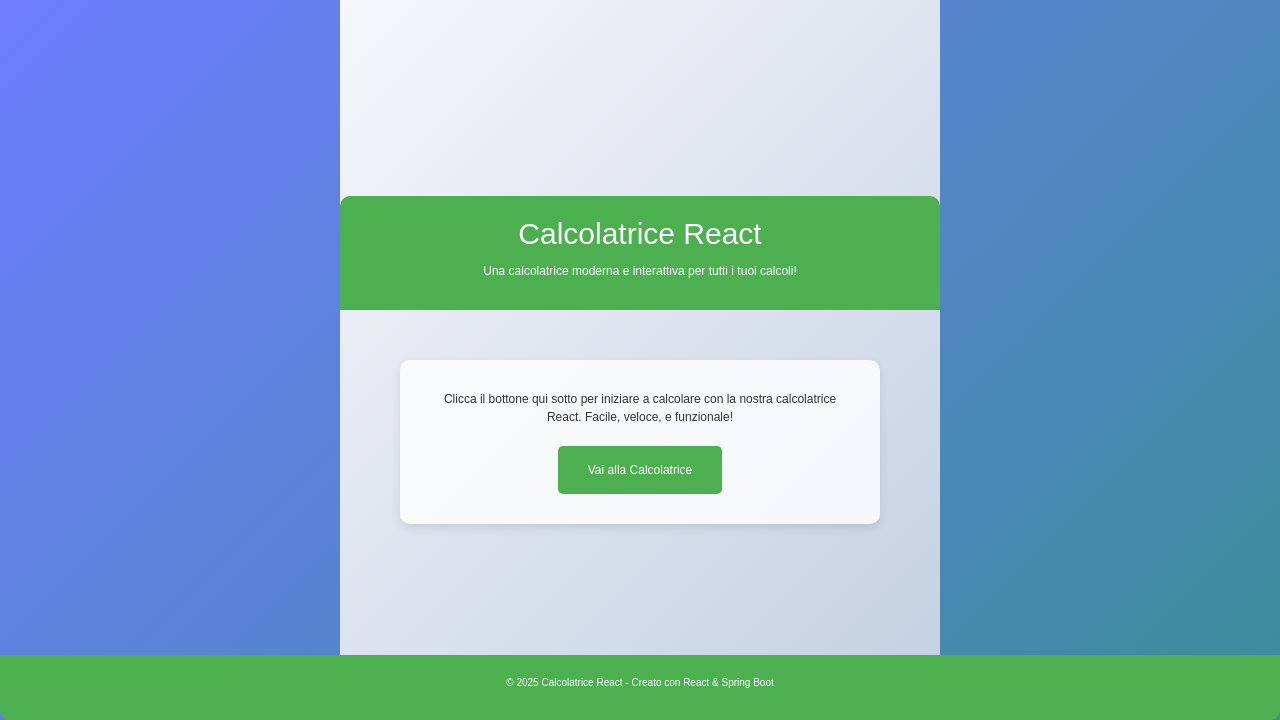
Repository: Probyte5D/Calcolatrice-FullStack
Page: / (app in frontend/)
These files come from the project's save history. The page is drawn as it stood at one moment and after the next save; the edit follows.
The browser window is 1280 px wide. The pictures show the whole page.
The project was rebuilt for these pictures with package versions that can differ from the ones it lists, and the page was loaded fresh each time. Also part of the build but not shown: frontend/src/App.css, frontend/src/components/Calculator.js.

Above is the page before, as saved 2025-04-19 17:12:58.

### frontend/src/index.js
import React from 'react';
import ReactDOM from 'react-dom/client';
import './index.css';
import App from './App';

import 'bootstrap/dist/css/bootstrap.min.css';


const root = ReactDOM.createRoot(document.getElementById('root'));
root.render(
  <React.StrictMode>
    <App />
  </React.StrictMode>
);

### frontend/src/App.js
import React from 'react';
import { BrowserRouter as Router, Route, Routes } from 'react-router-dom';
import './App.css';
import Calculator from './components/Calculator'; // Assicurati che il percorso sia corretto
import HomePage from './components/HomePage'; // Assicurati che il percorso sia corretto

function App() {
  return (
    <Router>
    <Routes>
      {/* Usando 'element' invece di 'component' */}
      <Route path="/" element={<HomePage />} />
      <Route path="/calculator" element={<Calculator />} />
    </Routes>
  </Router>
  );
}

export default App;

### frontend/src/components/HomePage.js
import React from 'react';
import { useNavigate } from 'react-router-dom';
import './HomePage.css';

function HomePage() {
  const navigate = useNavigate();

  const handleClick = () => {
    navigate('/calculator');  // Navigazione con useNavigate
  };

  return (
    <div className="home-page">
      {/* Header */}
      <header className="header">
        <h1>Calcolatrice React</h1>
        <p>Una calcolatrice moderna e interattiva per tutti i tuoi calcoli!</p>
      </header>

      {/* Corpo della homepage */}
      <div className="content">
        <p>
          Clicca il bottone qui sotto per iniziare a calcolare con la nostra calcolatrice React.
          Facile, veloce, e funzionale!
        </p>
        <button onClick={handleClick} className="btn-go-to-calculator">
          Vai alla Calcolatrice
        </button>
      </div>

      {/* Footer (Opzionale) */}
      <footer className="footer">
        <p>&copy; 2025 Calcolatrice React - Creato con React & Spring Boot</p>
      </footer>
    </div>
  );
}

export default HomePage;

### frontend/src/components/Calculator.css
/* Calculator.css */

html{
  font-size: 62.5%;
}
/* Impostiamo il layout e centriamo la calcolatrice */
body, html {
  height: 100%;
  margin: 0;
  display: flex;
  justify-content: center; /* Centra orizzontalmente */
  align-items: center;     /* Centra verticalmente */
  background: linear-gradient(135deg, #6e7dff, #3b8d99); /* Gradiente di sfondo */
}
/* Stile principale della calcolatrice */
.calculator {
  background-color: #2d2d2d; /* Sfondo scuro */
  border-radius: 10px;
  padding: 20px;
  box-shadow: 0 4px 10px rgba(0, 0, 0, 0.3);
}

/* Colore del display (campo di input) */
.calculator input {
  background-color: #1e1e1e;
  color: #fff;
  font-size: 2rem;
  border: none;
  border-radius: 5px;
  padding: 10px;
  text-align: right;
}

/* Stile per i pulsanti */
.btn {
  font-size: 1.2rem;
  font-weight: bold;
  border-radius: 5px;
  transition: all 0.3s ease;
}

.btn-light {
  background-color: #3a3a3a;
  color: #fff;
}

.btn-light:hover {
  background-color: #575757;
}

.btn-warning {
  background-color: #f39c12;
  color: #fff;
}

.btn-warning:hover {
  background-color: #e67e22;
}

.btn-danger {
  background-color: #e74c3c;
  color: #fff;
}

.btn-danger:hover {
  background-color: #c0392b;
}

.btn-success {
  background-color: #2ecc71;
  color: #fff;
}

.btn-success:hover {
  background-color: #27ae60;
}

/* Layout dei tasti con uno spazio tra di loro */
.d-grid {
  gap: 10px;
}

/* Pulsanti di numeri e operatori */
.d-flex button {
  width: 60px;
  height: 60px;
  font-size: 1.5rem;
  border-radius: 8px;
  border: 2px solid transparent;
}

.d-flex button:active {
  transform: scale(0.95);
}

/* Colore dell'errore */
.alert-danger {
  background-color: #e74c3c;
  color: #fff;
  font-weight: bold;
}

/* Effetto hover sui tasti */
.d-flex button:hover {
  transform: scale(1.1);
  box-shadow: 0 2px 5px rgba(0, 0, 0, 0.2);
}

### frontend/src/components/HomePage.css
/* HomePage.css */

/* Impostazioni di base */
.home-page {
  font-family: 'Arial', sans-serif;
  background: linear-gradient(135deg, #f5f7fa, #c3cfe2);
  min-height: 100vh;
  display: flex;
  flex-direction: column;
  justify-content: center;
  align-items: center;
  text-align: center;
  color: #333;
}

/* Stile dell'header */
.header {
  background-color: #4CAF50;
  color: white;
  width: 100%;
  padding: 20px 0;
  border-radius: 10px 10px 0 0;
}

.header h1 {
  font-size: 3em;
  margin: 0;
}

.header p {
  font-size: 1.2em;
  margin-top: 10px;
}

/* Stile del contenuto principale */
.content {
  margin-top: 50px;
  background-color: rgba(255, 255, 255, 0.8);
  padding: 30px;
  border-radius: 10px;
  box-shadow: 0 4px 10px rgba(0, 0, 0, 0.1);
  width: 80%;
  max-width: 600px;
}

.content p {
  font-size: 1.2em;
  margin-bottom: 20px;
}

.btn-go-to-calculator {
  background-color: #4CAF50;
  color: white;
  font-size: 1.2em;
  padding: 15px 30px;
  border: none;
  border-radius: 5px;
  cursor: pointer;
  transition: all 0.3s ease;
}

.btn-go-to-calculator:hover {
  background-color: #45a049;
  transform: scale(1.05);
}

/* Footer (Opzionale) */
.footer {
  margin-top: 50px;
  background-color: #4CAF50;
  color: white;
  padding: 20px 0;
  width: 100%;
  text-align: center;
  border-radius: 0 0 10px 10px;
  position: absolute;
  bottom: 0;
}

/* Per garantire che il contenuto principale non vada sotto il footer */
body {
  display: flex;
  flex-direction: column;
  min-height: 100vh;
}

Loaded but not shown: frontend/public/index.html (common file); frontend/src/index.css (common file)

After the next save:
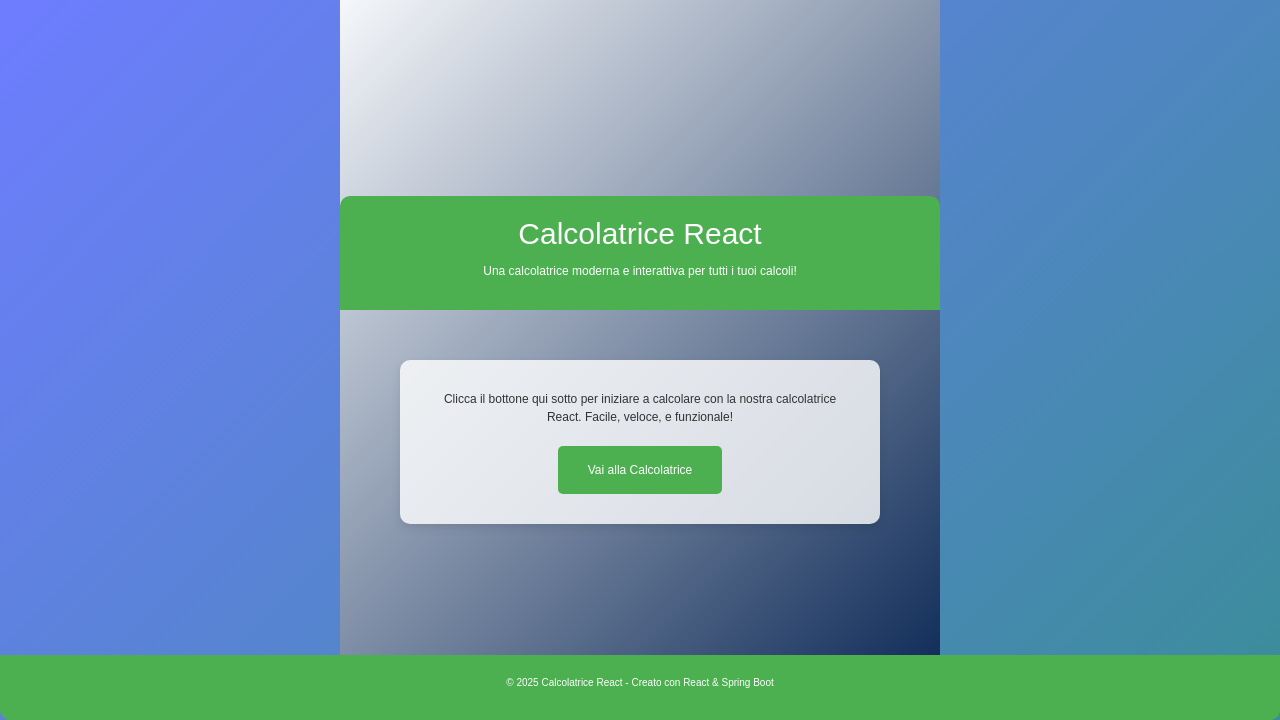
Saved 3 min 26 s later.
--- a/frontend/src/components/HomePage.css
+++ b/frontend/src/components/HomePage.css
@@ -3,7 +3,7 @@
 /* Impostazioni di base */
 .home-page {
   font-family: 'Arial', sans-serif;
-  background: linear-gradient(135deg, #f5f7fa, #c3cfe2);
+  background: linear-gradient(135deg, #f5f7fa, #072452);
   min-height: 100vh;
   display: flex;
   flex-direction: column;
